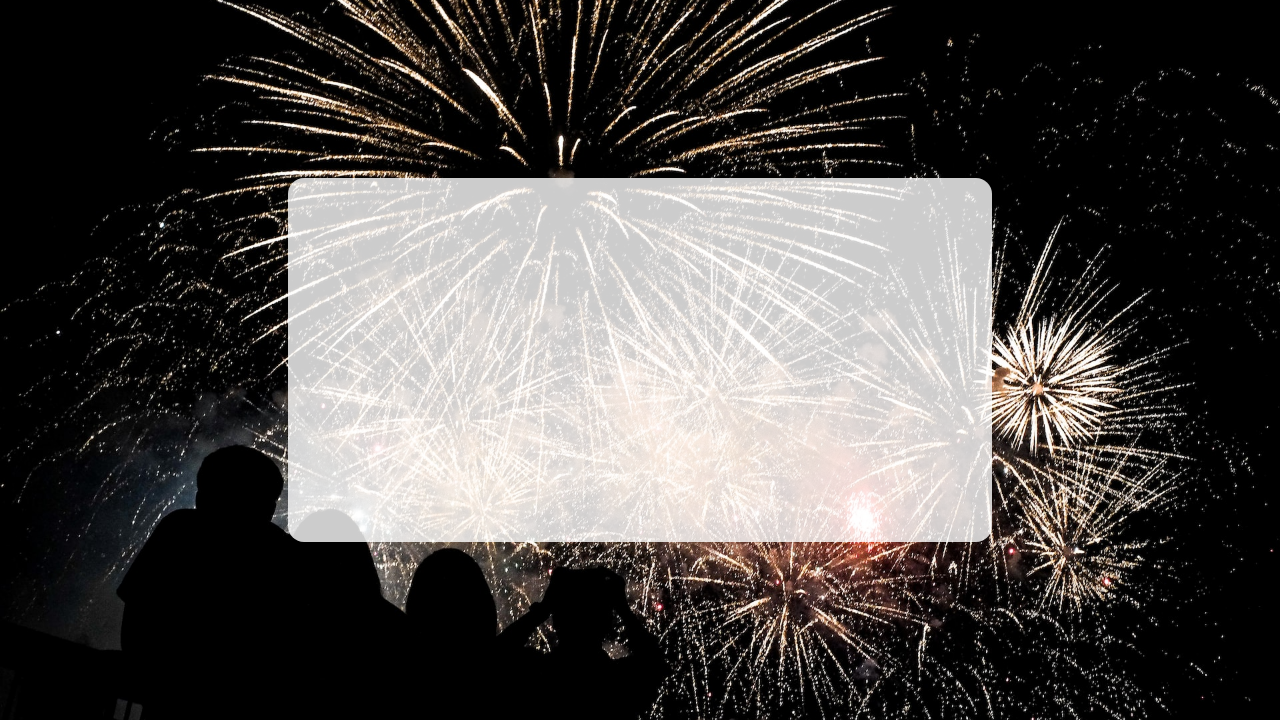
Repository: Bitroia/countdown_timer
Page: / (app in countdown/)
An editor plug-in stored every save of this project. The page is shown before and after a run of saves, followed by the edit.
The browser window is 1280 px wide. The pictures show the whole page.
The project was rebuilt for these pictures with package versions that can differ from the ones it lists, and the page was loaded fresh each time. Also part of the build but not shown: countdown/vite.config.js, countdown/src/components/Title.css, countdown/src/components/Title.jsx, countdown/src/components/Counter.css, countdown/src/components/Counter.jsx, countdown/src/routes/Countdown.jsx.

Above is the page before, as saved 2026-07-07 20:03:42.

After the next 2 saves:
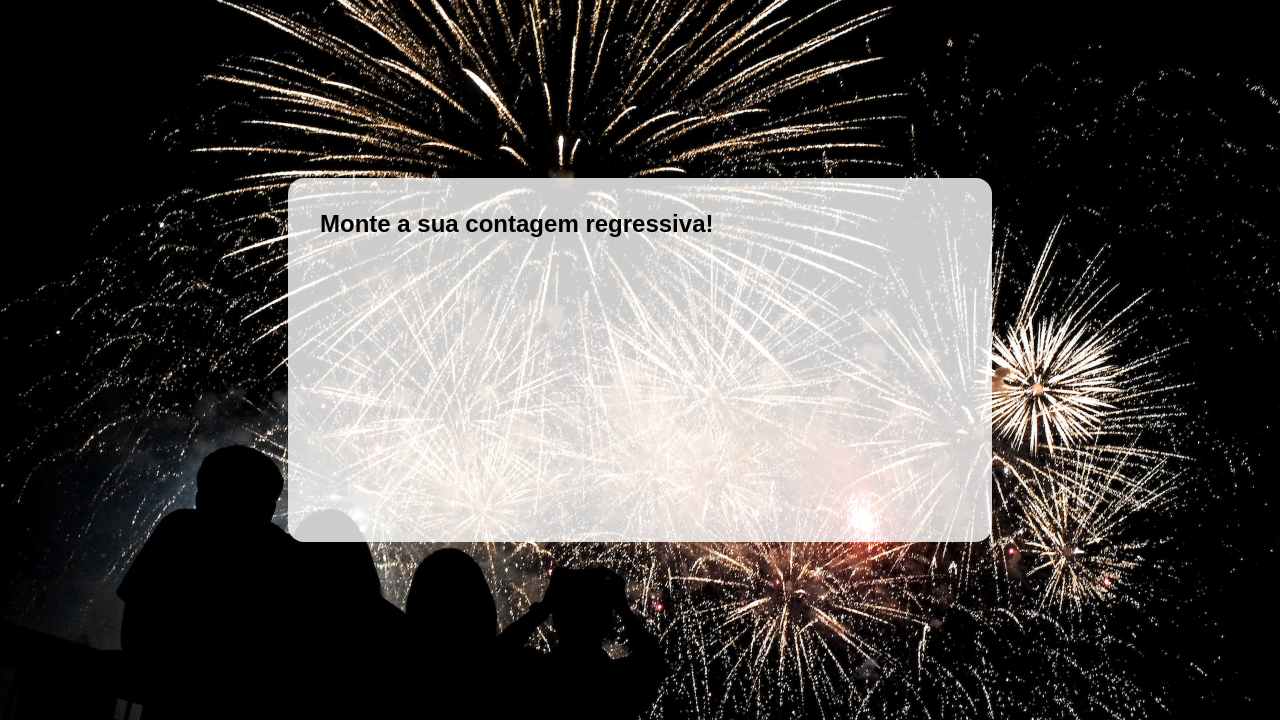
The 2 saves are shown as one change because they came seconds apart.
The last was saved 16 s later.
--- a/countdown/src/routes/Home.jsx
+++ b/countdown/src/routes/Home.jsx
@@ -3,7 +3,7 @@ import React from 'react'
 const Home = () => {
   return (
     <div className='Home'>
-      <h2></h2>
+      <h2>Monte a sua contagem regressiva!</h2>
     </div>
   )
 }
